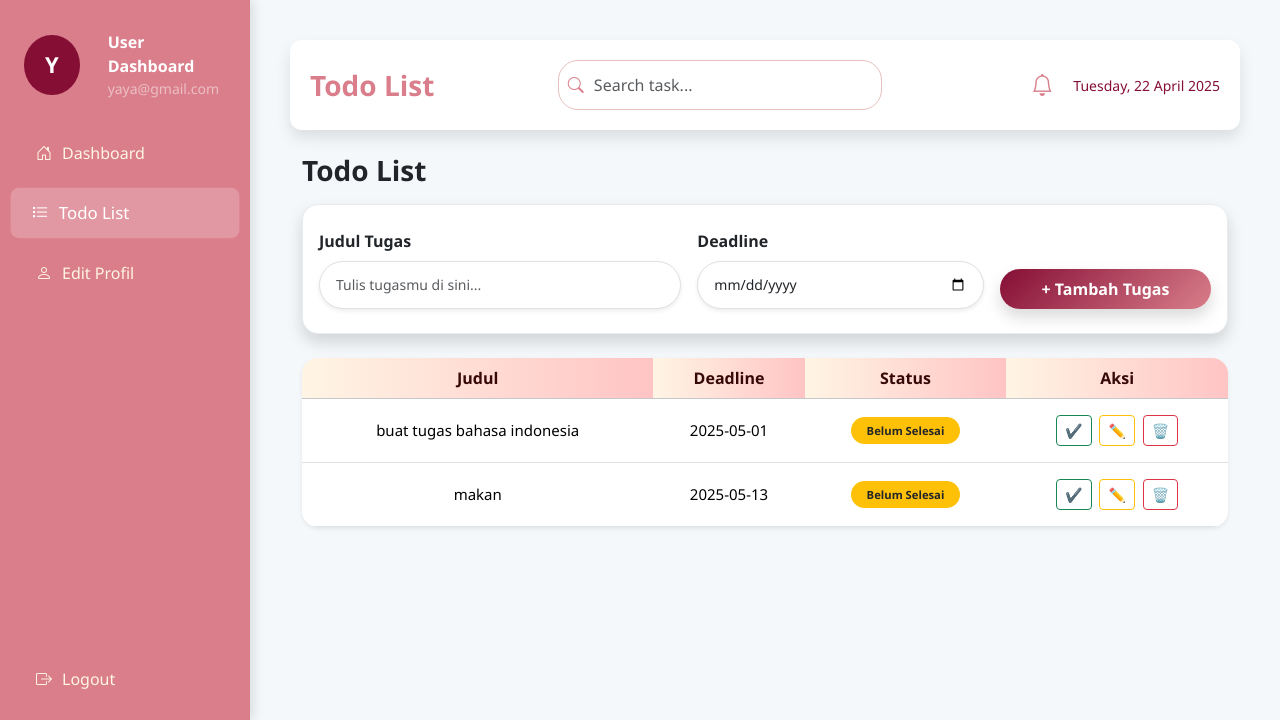
Repository: zhr-nabila/FloTime
Page: http://localhost/todo.php
The author's editor kept a copy of each file at every save. The page is drawn from the files as they stood at one save, then again after the next save.
The browser window is 1280 px wide. The pictures show the whole page.
The page is run by PHP 8.4 with error messages shown; the project is at /var/www/html/. The session is filled in as if someone had signed in: {"email": "yaya@gmail.com", "status": "login", "user_id": 2}. Other server files are loaded and not shown. The database holds what the project's SQL file puts in it.

Above is the page before, as saved 2025-04-23 12:23:35.

### todo.php
<?php
session_start();
require 'koneksi.php';

if (!isset($_SESSION['status']) || $_SESSION['status'] != "login") {
    header("Location: login.php");
    exit();
}

$user_id = $_SESSION['user_id'];
$email = $_SESSION['email'];
$search = $_GET['search'] ?? '';

// Tambah task
if (isset($_POST['add_task'])) {
    $title = $_POST['title'];
    $deadline = $_POST['deadline'];
    $created_at = date('Y-m-d H:i:s');

    $stmt = $conn->prepare("INSERT INTO todos (user_id, title, status, deadline, created_at) VALUES (?, ?, 'pending', ?, ?)");
    $stmt->bind_param("isss", $user_id, $title, $deadline, $created_at);
    $stmt->execute();
    $stmt->close();

    header("Location: todo.php");
    exit();
}

// Centang task
if (isset($_GET['done'])) {
    $task_id = $_GET['done'];
    $conn->query("UPDATE todos SET status='completed' WHERE id=$task_id AND user_id=$user_id");
    header("Location: todo.php");
    exit();
}

// Hapus task
if (isset($_GET['delete'])) {
    $task_id = $_GET['delete'];
    $conn->query("DELETE FROM todos WHERE id=$task_id AND user_id=$user_id");
    header("Location: todo.php");
    exit();
}

// Ambil data tugas
$searchSql = !empty($search) ? "AND title LIKE '%$search%'" : "";
$sql = "SELECT * FROM todos WHERE user_id = $user_id $searchSql ORDER BY deadline ASC";
$result = $conn->query($sql);

if (!$result) {
    die("Query gagal: " . $conn->error);
}
?>

<!DOCTYPE html>
<html lang="en">

<head>
    <meta charset="UTF-8">
    <title>Todo List</title>
    <link href="https://cdn.jsdelivr.net/npm/bootstrap@5.3.3/dist/css/bootstrap.min.css" rel="stylesheet">
    <link href="https://cdn.jsdelivr.net/npm/bootstrap-icons@1.10.5/font/bootstrap-icons.css" rel="stylesheet">
    <link rel="stylesheet" href="css/style.css">
</head>

<body>

    <div class="sidebar d-flex flex-column">
        <div class="px-4 d-flex align-items-center mb-4">
            <div class="user-avatar"><?= strtoupper(substr($email, 0, 1)) ?></div>
            <div class="ms-2">
                <div class="fw-semibold">User Dashboard</div>
                <div class="small text-white-50"><?= htmlspecialchars($email) ?></div>
            </div>
        </div>
        <nav class="nav flex-column px-3">
            <a class="nav-link" href="dashboard.php"><i class="bi bi-house-door"></i> Dashboard</a>
            <a class="nav-link active" href="todo.php"><i class="bi bi-list-task"></i> Todo List</a>
            <a class="nav-link" href="profile.php"><i class="bi bi-person"></i> Edit Profil</a>
            <a class="nav-link logout" href="logout.php"><i class="bi bi-box-arrow-right"></i> Logout</a>
        </nav>
    </div>

    <div class="main-content">
        <div class="header">
            <div class="title">Todo List</div>
            <div class="search-bar">
                <form method="GET" action="todo.php" class="d-flex">
                    <input type="text" name="search" class="form-control" placeholder="Search task..." value="<?= htmlspecialchars($search) ?>">
                    <button type="submit" class="btn"><i class="bi bi-search"></i></button>
                </form>
            </div>
            <div class="notifications">
                <i class="bi bi-bell"></i>
                <div class="date"><?= date('l, d F Y') ?></div>
            </div>
        </div>

        <div class="container mt-4">
            <h3 class="mb-3 fw-bold">Todo List</h3>
            <form method="POST" class="mb-4 px-3 py-4 rounded-4 shadow bg-white border border-light-subtle premium-form">
                <div class="row align-items-end g-3">
                    <div class="col-md-5">
                        <label class="form-label fw-semibold">Judul Tugas</label>
                        <input type="text" name="title" class="form-control form-control-sm rounded-5 shadow-sm" placeholder="Tulis tugasmu di sini..." required>
                    </div>
                    <div class="col-md-4">
                        <label class="form-label fw-semibold">Deadline</label>
                        <input type="date" name="deadline" class="form-control form-control-sm rounded-5 shadow-sm" required>
                    </div>
                    <div class="col-md-3 d-grid">
                        <button type="submit" name="add_task" class="btn btn-gradient shadow fw-semibold py-2 rounded-5">+ Tambah Tugas</button>
                    </div>
                </div>
            </form>


            <?php if ($result->num_rows > 0): ?>
                <div class="table-responsive shadow-sm rounded-4 overflow-hidden">
                    <table class="table table-hover align-middle mb-0 premium-table">
                        <thead class="table-light text-center">
                            <tr>
                                <th>Judul</th>
                                <th>Deadline</th>
                                <th>Status</th>
                                <th>Aksi</th>
                            </tr>
                        </thead>
                        <tbody>
                            <?php while ($row = $result->fetch_assoc()): ?>
                                <tr>
                                    <td><?= htmlspecialchars($row['title']) ?></td>
                                    <td><?= htmlspecialchars($row['deadline']) ?></td>
                                    <td class="text-center">
                                        <?php
                                        if ($row['status'] == 'completed') {
                                            echo "<span class='badge rounded-pill text-bg-success px-3 py-2'>Selesai</span>";
                                        } elseif (date('Y-m-d') > $row['deadline']) {
                                            echo "<span class='badge rounded-pill text-bg-danger px-3 py-2'>Terlambat</span>";
                                        } else {
                                            echo "<span class='badge rounded-pill text-bg-warning text-dark px-3 py-2'>Belum Selesai</span>";
                                        }
                                        ?>
                                    </td>
                                    <td class="text-center">
                                        <?php if ($row['status'] != 'completed'): ?>
                                            <a href="?done=<?= $row['id'] ?>" class="btn btn-outline-success btn-sm me-1">✔️</a>
                                        <?php endif; ?>
                                        <a href="edit_task.php?id=<?= $row['id'] ?>" class="btn btn-outline-warning btn-sm me-1">✏️</a>
                                        <a href="?delete=<?= $row['id'] ?>" onclick="return confirm('Hapus tugas ini?')" class="btn btn-outline-danger btn-sm">🗑️</a>
                                    </td>
                                </tr>
                            <?php endwhile; ?>
                        </tbody>
                    </table>
                </div>
            <?php else: ?>
                <p class="text-muted mt-4 text-center">✨ Tidak ada tugas ditemukan. Buat yang baru, yuk!</p>
            <?php endif; ?>

        </div>
    </div>

</body>

</html>

### koneksi.php
<?php
$host = "localhost";
$user = "root";
$pass = "";
$db = "todolist"; // Nama database kamu

$conn = mysqli_connect($host, $user, $pass, $db);

// Cek koneksi
if (!$conn) {
    die("Koneksi gagal: " . mysqli_connect_error());
}
?>

### css/style.css
@import url('https://fonts.googleapis.com/css2?family=Poppins:wght@500&display=swap');

:root {
    --c0: #ffffff;
    --c1: #E3919F;
    --c2: #E7C0BC;
    --c3: #370808;
    --c4: #D97E8A;
    --c5: #EC9FAB;
    --c6: #000000;
    /* gradient */
    --c7: #850e35;
    --c8: #ee6983;
    --c9: #ffc4c4;
    --c10: #fff5e4;
    --c11: #d1d5db;
}

body {
    background: #f5f8fa;
    font-family: 'Segoe UI', sans-serif;
    margin: 0;
    padding: 0;
    overflow: hidden;
}

html, body {
    height: 100%;
}


::-webkit-scrollbar {
    display: none;
}

.main-content {
    margin-left: 250px;
    padding: 40px;
    height: 100vh;
    overflow-y: auto;
}


.sidebar {
    height: 100vh;
    background: var(--c4);
    color: var(--c0);
    padding-top: 30px;
    position: fixed;
    width: 250px;
    transition: all 0.3s;
    box-shadow: 4px 0 10px rgba(0, 0, 0, 0.1);
}

.sidebar .nav-link {
    color: var(--c10);
    padding: 12px 20px;
    margin: 6px 0;
    border-radius: 8px;
    display: flex;
    align-items: center;
    gap: 10px;
    transition: all 0.3s ease;
    font-size: 16px;
}

.sidebar .nav-link:hover,
.sidebar .nav-link.active {
    background-color: rgba(255, 255, 255, 0.2);
    color: var(--c0);
    transform: scale(1.05);
}

.sidebar .nav-link.logout {
    color: var(--c10);
    padding: 12px 20px;
    margin: 22rem 0;
    border-radius: 8px;
    display: flex;
    align-items: center;
    gap: 10px;
    transition: all 0.3s ease;
    font-size: 16px;
}

.sidebar .nav-link.logout:hover {
    background-color: rgba(255, 255, 255, 0.2);
    color: var(--c0);
    transform: scale(1.05);
}

.main-content {
    margin-left: 250px;
    padding: 40px;
}

.header {
    display: flex;
    justify-content: space-between;
    align-items: center;
    padding: 20px;
    background: var(--c0);
    border-radius: 12px;
    box-shadow: 0 8px 15px rgba(0, 0, 0, 0.1);
    margin-bottom: 20px;
}

.header .title {
    font-size: 28px;
    font-weight: bold;
    color: var(--c4);
}

.header .search-bar {
    position: relative;
    width: 350px;
}

.header .search-bar input {
    width: 100%;
    padding: 12px 40px 12px 35px;
    border-radius: 20px;
    border: 1px solid var(--c2);
    font-size: 16px;
    transition: border 0.3s;
}

.header .search-bar input:focus {
    border: 1px solid var(--c4);
    outline: none;
}

.header .search-bar i {
    position: absolute;
    top: 50%;
    left: 10px;
    transform: translateY(-50%);
    color: var(--c4);
}

.header .notifications {
    display: flex;
    align-items: center;
    gap: 20px;
}

.header .notifications .bi {
    font-size: 22px;
    cursor: pointer;
    color: var(--c4);
    transition: color 0.3s;
}

.header .notifications .bi:hover {
    color: var(--c7);
}

.card-welcome {
    background: linear-gradient(135deg, var(--c9), var(--c10));
    border-radius: 16px;
    box-shadow: 0 15px 30px rgba(0, 0, 0, 0.1);
    padding: 30px;
    animation: fadeIn 0.6s ease;
    margin-bottom: 30px;
    color: var(--c7);
    border: none;
}

.user-avatar {
    width: 60px;
    height: 60px;
    background-color: var(--c7);
    color: var(--c0);
    font-weight: bold;
    border-radius: 50%;
    display: flex;
    align-items: center;
    justify-content: center;
    margin-right: 20px;
    font-size: 22px;
    transition: background-color 0.3s ease;
}

.user-avatar:hover {
    background-color: var(--c3);
}

.date {
    font-size: 14px;
    color: var(--c7);
}

@keyframes fadeIn {
    from {opacity: 0; transform: translateY(20px);}
    to {opacity: 1; transform: translateY(0);}
}

/* Mobile Responsiveness */
@media (max-width: 768px) {
    .sidebar {
        width: 200px;
    }

    .main-content {
        margin-left: 200px;
    }

    .header .title {
        font-size: 24px;
    }

    .header .search-bar {
        width: 250px;
    }
}

/* todo */

/* todo */

.premium-form {
    background-color: var(--c4);
    border: 2px solid var(--c2);
    border-radius: 12px;
}

.btn-gradient {
    background: linear-gradient(135deg, var(--c7), var(--c4));
    color: white;
    border: none;
    transition: 0.3s ease;
    border-radius: 10px; /* Membuat tombol lebih melengkung */
    padding: 0.8rem 1.5rem; /* Menyesuaikan ukuran tombol */
}

.btn-gradient:hover {
    transform: scale(1.02);
    background: linear-gradient(135deg, var(--c8), var(--c4));
    box-shadow: 0 4px 8px rgba(0, 0, 0, 0.15); /* Memberikan efek bayangan yang lebih soft */
}

.form-control-sm {
    font-size: 14px; /* Ukuran font yang lebih kecil */
    padding: 0.8rem 1rem; /* Mengatur ukuran padding input agar lebih kecil */
    border-radius: 8px; /* Membuat sudut input lebih melengkung */
}

.premium-table th {
    font-weight: 600;
    background: linear-gradient(to right, var(--c10), var(--c9));
    color: var(--c3);
}

.premium-table td {
    vertical-align: middle;
    padding-top: 16px;
    padding-bottom: 16px;
    font-size: 15px;
}

.table-hover tbody tr:hover {
    background-color: #fdf2f2;
    transition: 0.3s;
}

.table td,
.table th {
    text-align: center;
}

### todolist.sql (the tables this page reads)
CREATE TABLE `todos` (
  `id` int(11) NOT NULL,
  `user_id` int(11) NOT NULL,
  `title` varchar(255) NOT NULL,
  `status` enum('pending','completed') DEFAULT 'pending',
  `deadline` date DEFAULT NULL,
  `created_at` timestamp NOT NULL DEFAULT current_timestamp()
) ENGINE=InnoDB DEFAULT CHARSET=utf8mb4 COLLATE=utf8mb4_general_ci;

INSERT INTO `todos` (`id`, `user_id`, `title`, `status`, `deadline`, `created_at`) VALUES
(2, 2, 'buat tugas bahasa indonesia', 'pending', '2025-05-01', '2025-05-15 17:11:25'),
(5, 2, 'makan', 'pending', '2025-05-13', '2025-05-21 19:26:13');

ALTER TABLE `todos`
  ADD PRIMARY KEY (`id`),
  ADD KEY `user_id` (`user_id`);

ALTER TABLE `todos`
  MODIFY `id` int(11) NOT NULL AUTO_INCREMENT, AUTO_INCREMENT=6;

ALTER TABLE `todos`
  ADD CONSTRAINT `todos_ibfk_1` FOREIGN KEY (`user_id`) REFERENCES `users` (`id`);

After the next save:
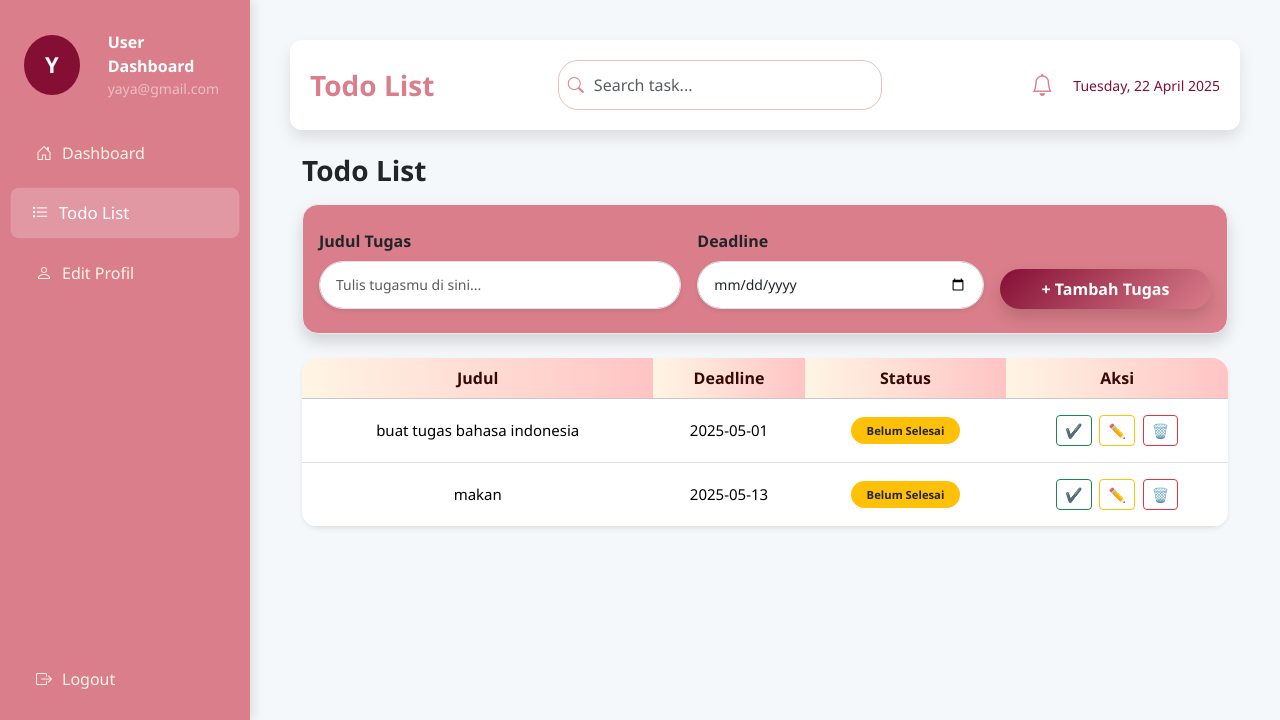
Saved 60 s later.
--- a/todo.php
+++ b/todo.php
@@ -98,7 +98,7 @@ if (!$result) {
 
         <div class="container mt-4">
             <h3 class="mb-3 fw-bold">Todo List</h3>
-            <form method="POST" class="mb-4 px-3 py-4 rounded-4 shadow bg-white border border-light-subtle premium-form">
+            <form method="POST" class="mb-4 px-3 py-4 rounded-4 shadow border border-light-subtle premium-form">
                 <div class="row align-items-end g-3">
                     <div class="col-md-5">
                         <label class="form-label fw-semibold">Judul Tugas</label>
